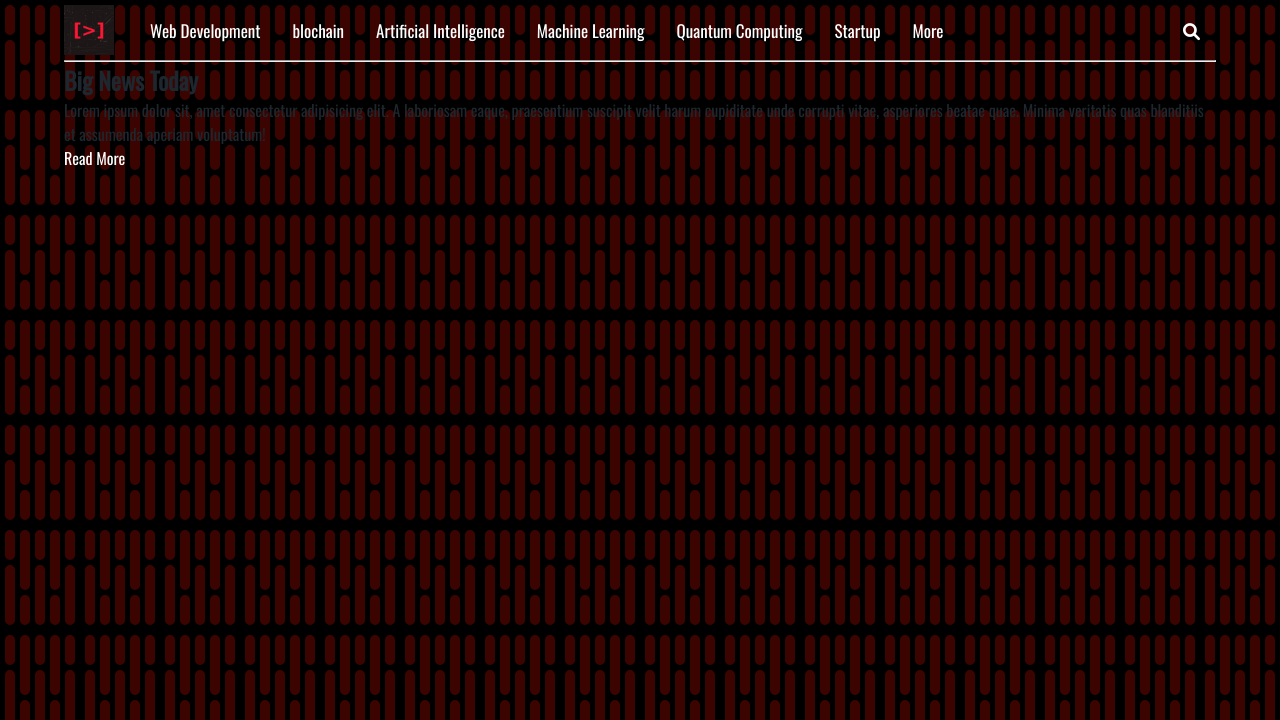
Repository: NickArregoces/News_Web
Page: index.html
The author's editor kept a copy of each file at every save. The page is drawn from the files as they stood at one save, then again after the next save.
The browser window is 1280 px wide. The pictures show the whole page.

Above is the page before, as saved 2021-12-20 20:25:39.

### index.html
<!DOCTYPE html>
<html lang="en">
<head>
    <meta charset="UTF-8">
    <meta http-equiv="X-UA-Compatible" content="IE=edge">
    <meta name="viewport" content="width=device-width, initial-scale=1.0">
    <title>TechNews</title>
    <!--FONT AWESOME-->
    <link rel="stylesheet" href="https://cdnjs.cloudflare.com/ajax/libs/font-awesome/6.0.0-beta3/css/all.min.css">

    <link rel="stylesheet" href="style.Css">
    <!--Oswald FONTS-->
    <link rel="preconnect" href="https://fonts.googleapis.com">
<link rel="preconnect" href="https://fonts.gstatic.com" crossorigin>
<link href="https://fonts.googleapis.com/css2?family=Oswald:wght@200;300;400&display=swap" rel="stylesheet">
</head>
<body>

    <div class="container">

        <nav class ="nav-main">
            <img src="img/brand.png" alt="" class="nav-brand">

            <ul class="nav-menu">
                <li>
                    <a href="#">Web Development</a>
                </li>
                <li>
                    <a href="#">blochain</a>
                </li>
                <li>
                    <a href="#">Artificial Intelligence</a>
                </li>
                <li>
                    <a href="#">Machine Learning</a>
                </li>
                <li>
                    <a href="#">Quantum Computing</a>
                </li>
                <li>
                    <a href="#">Startup</a>
                </li>
                <li>
                    <a href="#">More</a>
                </li>
            </ul>
            <ul class="nav-menu-right">
                <li>
                    <a href="">
                        <i class="fas fa-search"></i>
                    </a>
                </li>
            </ul>
        </nav>
        <hr> <!--Crea una linea -->


        <!--Showcase=Imagen pricnipal-->
        <header class="showcase">
            <h2>Big News Today</h2>
            <p>Lorem ipsum dolor sit, amet consectetur adipisicing elit. A laboriosam eaque, praesentium suscipit velit harum cupiditate unde corrupti vitae, asperiores beatae quae. Minima veritatis quas blanditiis et assumenda aperiam voluptatum!</p>
        <!--lorem30 te crea 30 palabras-->
            <a href="#">Read More <i class="fas fa-angles-double-right"></i></a>
        </header>



    </div>


</body>
</html>

### style.Css
*{
    box-sizing: border-box;
    margin: 0;
    padding: 0;
}

body{
    background:#000000;
    color:#ffff;
    background-color: #000000;
    background-image: url("data:[embedded picture, 663 characters]");
    color:#1e272e;
    font-size: 16px;
    font-family: 'Oswald', sans-serif;
}

a{
    color: #ffff;
    text-decoration: none;
}

ul{
    list-style: none;
}
.container{
    width: 90%;/*responsive*/
    margin: auto;
}
/*Navigation*/
.nav-main{
    font-size: 17px;
    display: flex;/*Elememnto al lado de otro*/
    justify-content: space-between;
    align-items: center;
    height: 60px;
    padding: 20px 0px;
}
.nav-brand{
    width: 50px;
}

/*Nav Left*/
.nav-main ul{
    display:flex;
}

.nav-main ul li{
    padding: 10px;
}

.nav-main ul li a{
    padding: 6px;
}

.nav-main ul li a:hover {
    border-bottom: 2px solid #ffffff;
}
.nav-main ul.nav-menu{
    flex:1;
    margin-left: 20px;
}

/*Showcase*/
.showcase{
    width: ;
}

After the next save:
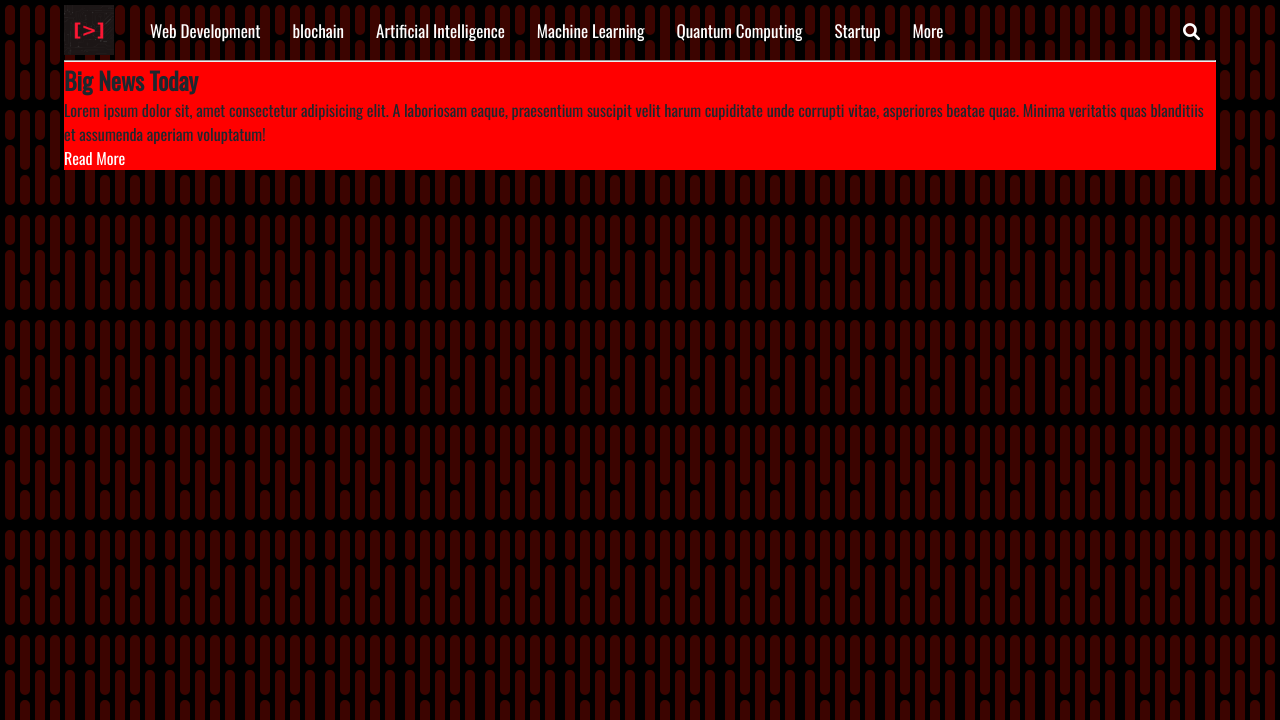
Saved 12 s later.
--- a/style.Css
+++ b/style.Css
@@ -62,5 +62,6 @@
 
 /*Showcase*/
 .showcase{
-    width: ;
+    width: 100%;
+    background:red;
 }

After the 2 saves that followed:
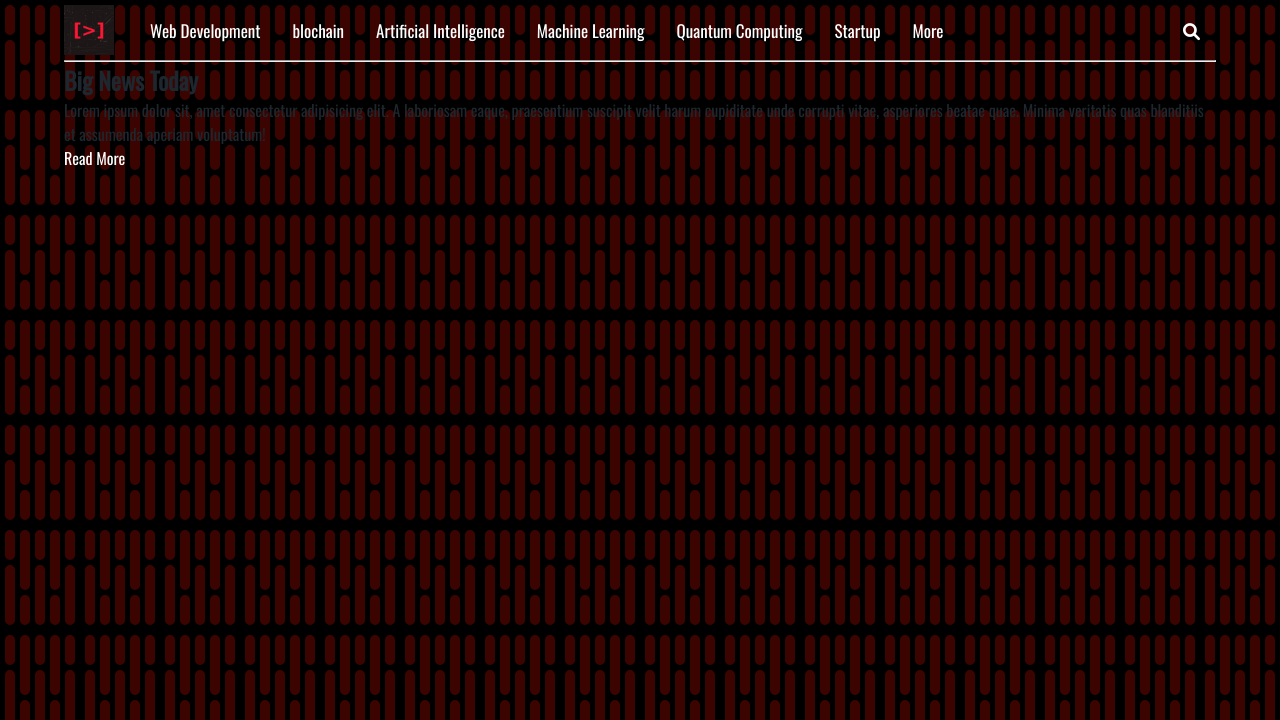
The 2 saves are shown as one change because 1 left the picture as it was.
The last was saved 48 s later.
--- a/style.Css
+++ b/style.Css
@@ -63,5 +63,7 @@
 /*Showcase*/
 .showcase{
     width: 100%;
-    background:red;
+    height: 550px;
+
+
 }
